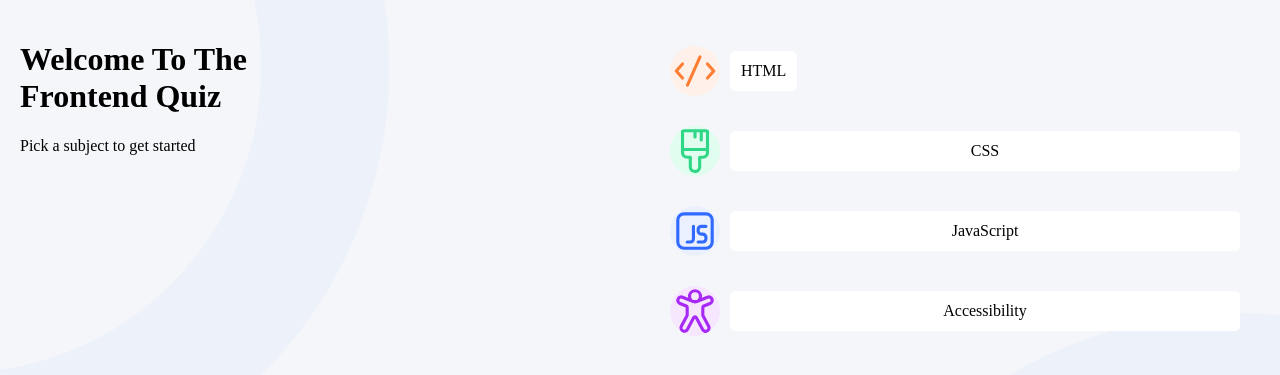
Repository: Daniel054311/Quiz-app-V1
Page: index.html
These files come from the project's save history. The page is drawn as it stood at one moment and after the next save; the edit follows.
The browser window is 1280 px wide. The pictures show the whole page.

Above is the page before, as saved 2024-01-28 15:18:58.

### index.html
<!DOCTYPE html>
<html lang="en">
<head>
    <meta charset="UTF-8">
    <meta name="viewport" content="width=device-width, initial-scale=1.0">
    <title>Document</title>
    <link rel="stylesheet" type="text/css" href="./asset/css/index.css">
</head>
<body>
    <div class="parent-container">
        <div class="left-container">
         <h1>Welcome To The <br><b>Frontend Quiz</b></h1>
         <p>Pick a subject to get started</p>

        </div>
        <div class="right-container">
            <div class="navigation">
                <ul>
                  <li class="image-item">
                    <img class="image" src="./asset/images/icon-html.svg" alt="" style="background-color: #fff1E9">
                <div class=",content"><a href="#html">HTML</a></div>
                </li>
                  <li class="image-item">
                    <img class= "image" src="./asset/images/icon-css.svg"  alt="" style="background-color: #E0FDEF">
                <div class="content"><a href="#css">CSS</a></div>
                </li>
                  <li class="image-item">
                    <img class= "image" src="./asset/images/icon-js.svg" alt="" style="background-color: #EBF0FF">
                <div class="content"><a href="#javascript">JavaScript</a></div>
                </li>
                  <li class="image-item">
                    <img class= "image" src="./asset/images/icon-accessibility.svg" alt="" style= "background-color: #F6E7FF">
                    <div class="content"><a href="#accessibility">Accessibility</a></div>
                </li>
                </ul>
              </div>
        </div>









    </div>

</body>
</html>

### asset/css/index.css
body {
    margin: 0;
    display: flex;
    align-items: center;
    justify-content: center;
    height: 100vh;
  }

  .parent-container {
    display: flex;
    flex-direction:row;
    width: 100%;
    height:100%;
    background-image:url("../images/pattern-background-desktop-light.svg");
    background-size: cover;
    background-color:#f4f6fA;

  }

  .left-container {
    flex: 1;
    padding: 20px;
    text-align:left;/* Add a border between left and right containers */
  }

  .right-container {
    flex: 1;
    padding: 20px;
    text-align:right;
    display:flex;
    flex-direction:column;
  }

  .navigation ul {
    list-style: none;
    padding: 0;
    display: flex;
    flex-direction: column;
  }

  .navigation li {
    margin-right: 10px;
    margin-bottom: 10px;
    text-align: center;
    justify-content:
     /* Add space between buttons */
  }

  .navigation a {
    display: block;
    padding: 10px;
    text-decoration: none;
    color: #000000;
    background-color: #ffffff;
    border: 1px solid #ffffff;
    border-radius: 5px;
  }

.image-item {
    display: flex;
    align-items: center;
    margin-bottom: 10px; /* Add spacing between items */
    padding: 10px;
    border-radius: 10px;
  }

  .image {
    width: 50px;
    height: 50px;
    border-radius: 50%;
    margin-right: 10px;
  }

  .content {
    flex: 1; /* Allow content to fill remaining space */
  }



  /* .header.h1 {
    text-align: center;
    font-weight: 500;
    font-size:25px;

  }
   */
  /* .user-controls {
    /* Add styles for user controls if needed */
  /* }

  .navigation {
    text-align: center;
  }

  .navigation ul {
    list-style: none;
    padding: 0;
    flex-direction: column;
    align-items:center
  }

  .navigation li {
    margin-bottom: 10px;
  }
   */



  /* .navigation a:hover {
    background-color: #ddd;
  } */

After the next save:
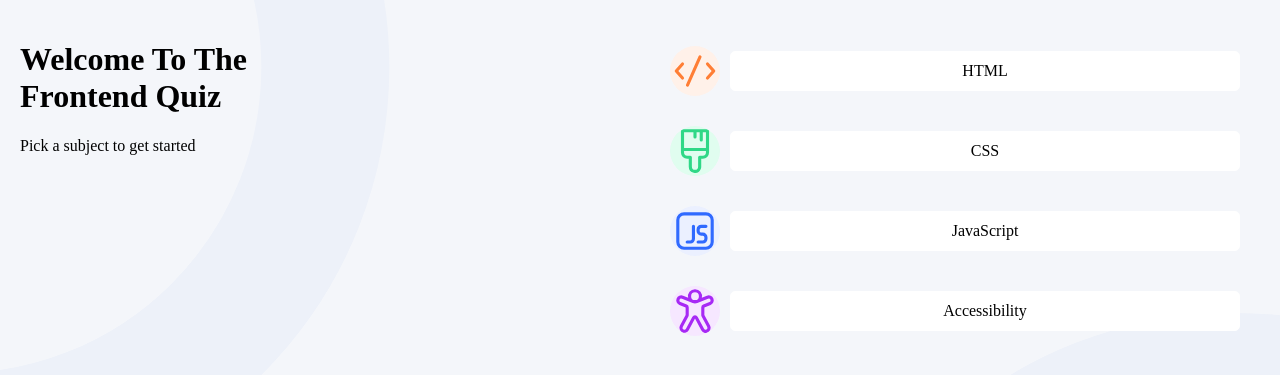
Saved 75 s later.
--- a/index.html
+++ b/index.html
@@ -18,7 +18,7 @@
                 <ul>
                   <li class="image-item">
                     <img class="image" src="./asset/images/icon-html.svg" alt="" style="background-color: #fff1E9">
-                <div class=",content"><a href="#html">HTML</a></div>
+                <div class="content"><a href="#html">HTML</a></div>
                 </li>
                   <li class="image-item">
                     <img class= "image" src="./asset/images/icon-css.svg"  alt="" style="background-color: #E0FDEF">
